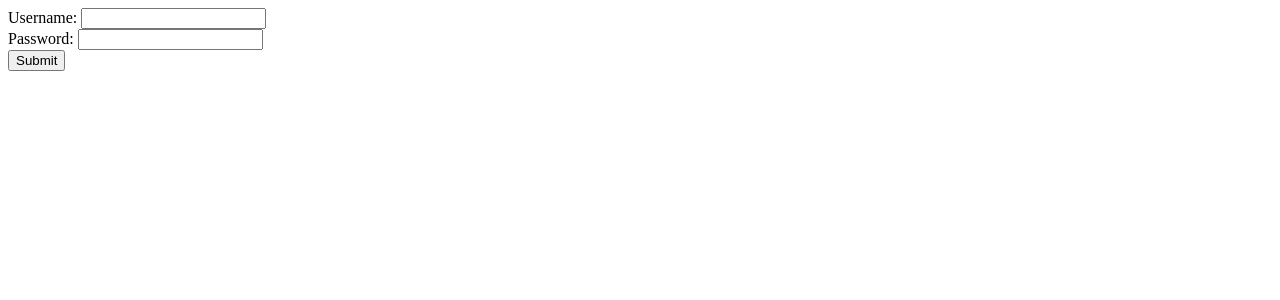
Repository: girija1234567/finalmule
Page: projectone/src/main/resources/index.html
An editor plug-in stored every save of this project. The page is shown before and after the next save, followed by the edit.
The browser window is 1280 px wide. The pictures show the whole page.

Above is the page before, as saved 2018-01-16 06:40:47.

### projectone/src/main/resources/index.html
<html>
	<body>
		<form action="/login" method="POST">
			Username: <input type="text" name="username" id="username"/> <br>
			Password: <input type="password" name="password" id="password"/><br>
			<input type="submit" name="Submit" value="Submit" id="submit"/>
		</form>
	</body>
</html>

After the next save:
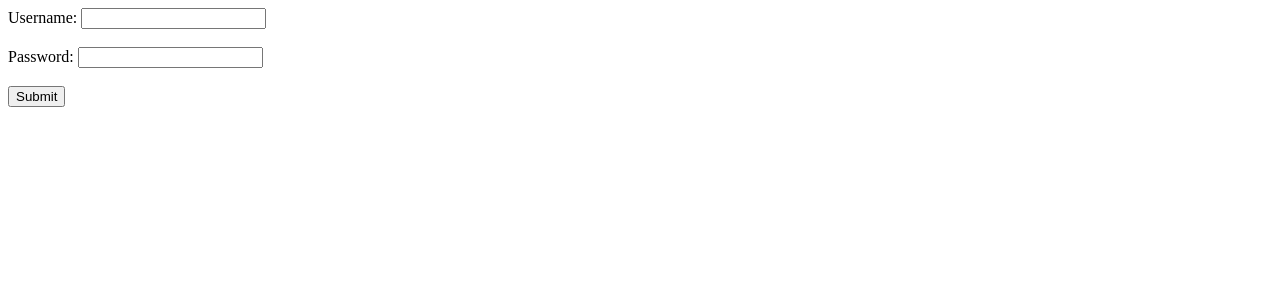
Saved 53 s later.
--- a/projectone/src/main/resources/index.html
+++ b/projectone/src/main/resources/index.html
@@ -1,8 +1,8 @@
 <html>
 	<body>
 		<form action="/login" method="POST">
-			Username: <input type="text" name="username" id="username"/> <br>
-			Password: <input type="password" name="password" id="password"/><br>
+			Username: <input type="text" name="username" id="username"/> <br><br>
+			Password: <input type="password" name="password" id="password"/><br><br>
 			<input type="submit" name="Submit" value="Submit" id="submit"/>
 		</form>
 	</body>
